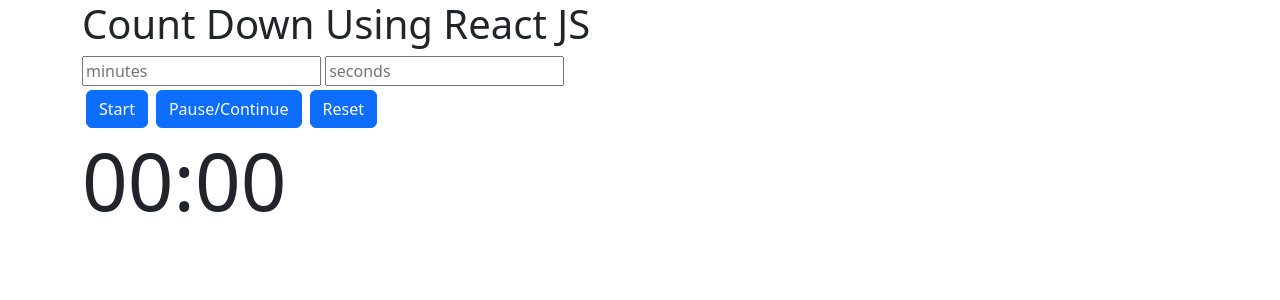
Repository: maheshdama13/reactjs-count-down
Page: /
An editor plug-in stored every save of this project. The page is shown before and after the next save, followed by the edit.
The browser window is 1280 px wide. The pictures show the whole page.
The project was rebuilt for these pictures with package versions that can differ from the ones it lists, and the page was loaded fresh each time. Also part of the build but not shown: src/App.css.

Above is the page before, as saved 2022-07-01 02:20:19.

After the next save:
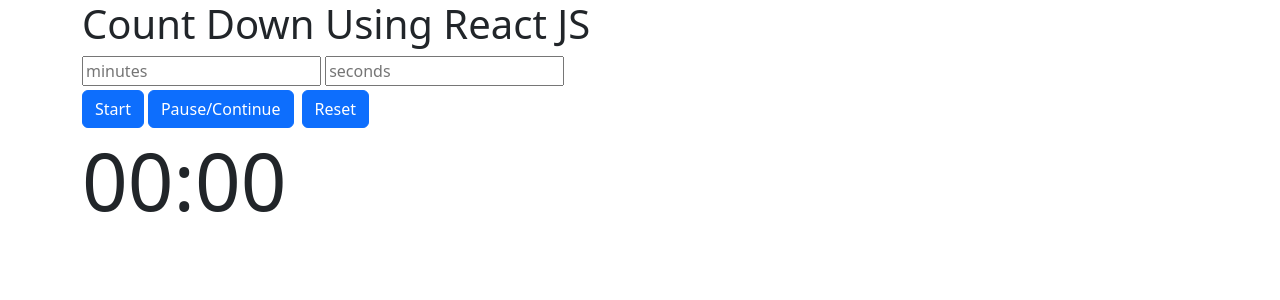
Saved 10 s later.
--- a/src/components/CountDown.js
+++ b/src/components/CountDown.js
@@ -62,7 +62,7 @@
           <input className=' d-inline' name='minutes' type="number" placeholder='minutes' />&nbsp;
           <input className=' d-inline' name='seconds' type="number" placeholder='seconds' />&nbsp;
         </div>
-        <button type="button" className='btn btn-primary m-1' onClick={startHandler}>Start</button>
+        <button type="button" className='btn btn-primary mr-1' onClick={startHandler}>Start</button>
         <button type="button" className='btn btn-primary m-1' onClick={pauseHandler}>Pause/Continue</button>
         <button type="button" className='btn btn-primary m-1' onClick={resetHandler}>Reset</button>
       </form>
